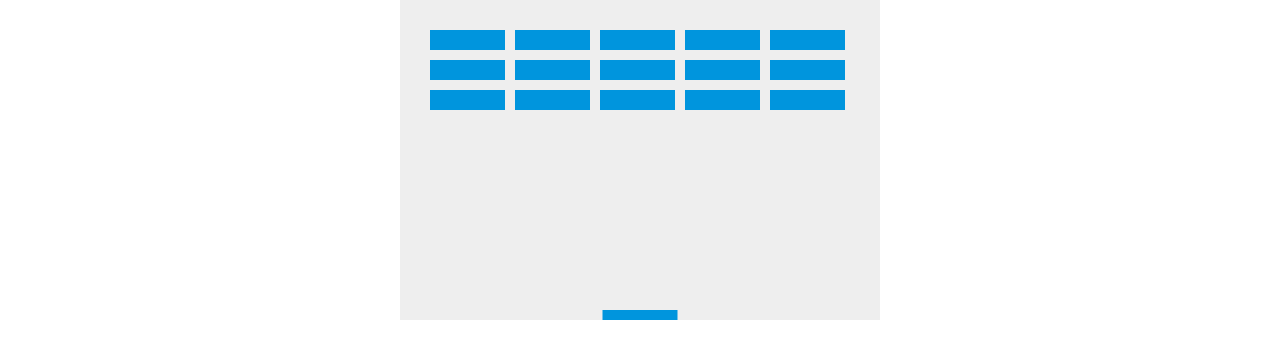
Repository: GoodHoneyCake/2D_breakout_game
Page: index.html
These files come from the project's save history. The page is drawn as it stood at one moment and after the next save; the edit follows.
The browser window is 1280 px wide. The pictures show the whole page.

Above is the page before, as saved 2020-12-28 18:57:08.

### index.html
<!DOCTYPE html>
<html lang="en">
<head>
    <meta charset="UTF-8">
    <meta name="viewport" content="width=device-width, initial-scale=1.0">
    <title>Gamedev Canvas Workshop</title>
    <link rel="stylesheet" href="styles.css">
    <script src="main.js" defer></script>
</head>
<body>
    <canvas id="myCanvas" width="480" height="320"></canvas>
</body>
</html>

### styles.css
* {
  padding: 0;
  margin: 0;
}
canvas {
  background: #eee;
  display: block;
  margin: 0 auto;
}

### main.js
const canvas = document.getElementById("myCanvas");
const ctx = canvas.getContext("2d");

let x = canvas.width / 2;
let y = canvas.height - 30;

let dx = 2;
let dy = -2;

let ballRadius = 10;

let paddleHeight = 10;
let paddleWidth = 75;
let paddleX = (canvas.width - paddleWidth) / 2;

let rightPressed = false;
let leftPressed = false;

let brickRowCount = 3;
let brickColumnCount = 5;
let brickWidth = 75;
let brickHeight = 20;
let brickPadding = 10;
let brickOffsetTop = 30;
let brickOffsetLeft = 30;

// bricks init
let bricks = [];
for (let c = 0; c < brickColumnCount; c++) {
  bricks[c] = [];
  for (let r = 0; r < brickRowCount; r++) {
    bricks[c][r] = { x: 0, y: 0, status: 1 };
  }
}

function drawBricks() {
  for (let c = 0; c < brickColumnCount; c++) {
    for (let r = 0; r < brickRowCount; r++) {
      if (bricks[c][r].status == 1) {
        let brickX = c * (brickWidth + brickPadding) + brickOffsetLeft;
        let brickY = r * (brickHeight + brickPadding) + brickOffsetTop;
        bricks[c][r].x = brickX;
        bricks[c][r].y = brickY;
        ctx.beginPath();
        ctx.rect(brickX, brickY, brickWidth, brickHeight);
        ctx.fillStyle = "#0095DD";
        ctx.fill();
        ctx.closePath();
      }
    }
  }
}

function randomColorStyle() {
  // H(Hue)S(Saturation)L(Lightness)
  // This will create a random color with same saturation and light intensity (luminance).
  // https://stackoverflow.com/questions/23861481/randomize-rgb-in-html5-canvas-with-a-new-value-for-each-fillrect-using-javascrip
  ctx.fillStyle = "hsl(" + 360 * Math.random() + ", 50%, 50%)";
}

document.addEventListener("keydown", keyDownHandler, false);
document.addEventListener("keyup", keyUpHandler, false);

function keyDownHandler(event) {
  if (event.keyCode == 39) {
    rightPressed = true;
  } else if (event.keyCode == 37) {
    leftPressed = true;
  }
}

function keyUpHandler(event) {
  if (event.keyCode == 39) {
    rightPressed = false;
  } else if (event.keyCode == 37) {
    leftPressed = false;
  }
}

function collisionDetection() {
  for (let c = 0; c < brickColumnCount; c++) {
    for (let r = 0; r < brickRowCount; r++) {
      let b = bricks[c][r];
      if (b.status == 1) {
        if (x > b.x && x < b.x + brickWidth && y > b.y && y < b.y + brickHeight)
          dy = -dy;
        b.status = 0;
      }
    }
  }
}

function drawBall() {
  ctx.beginPath();
  ctx.arc(x, y, ballRadius, 0, Math.PI * 2);
  ctx.fillstyle = "#0095DD";
  ctx.fill();
  ctx.closePath();
}

function drawPaddle() {
  ctx.beginPath();
  ctx.rect(paddleX, canvas.height - paddleHeight, paddleWidth, paddleHeight);
  ctx.fillstyle = "#0095DD";
  ctx.fill();
  ctx.closePath();
}

function draw() {
  ctx.clearRect(0, 0, canvas.width, canvas.height);
  drawBricks();
  drawBall();
  drawPaddle();
  x += dx;
  y += dy;

  // bottom edge || top edge
  if (y + dy < ballRadius) {
    dy = -dy;
    randomColorStyle();
  } else if (y + dy > canvas.height - ballRadius) {
    if (x > paddleX && x < paddleX + paddleWidth) {
      dy = -dy;
    } else {
      alert("GAME OVER");
      document.location.reload();
    }
  }
  // right edge || left edge
  if (x + dx > canvas.width - ballRadius || x + dx < ballRadius) {
    dx = -dx;

    randomColorStyle();
  }

  if (rightPressed && paddleX < canvas.width - paddleWidth) {
    paddleX += 7; // pixel
  } else if (leftPressed && paddleX > 0) {
    paddleX -= 7;
  }
}

setInterval(draw, 10);

After the next save:
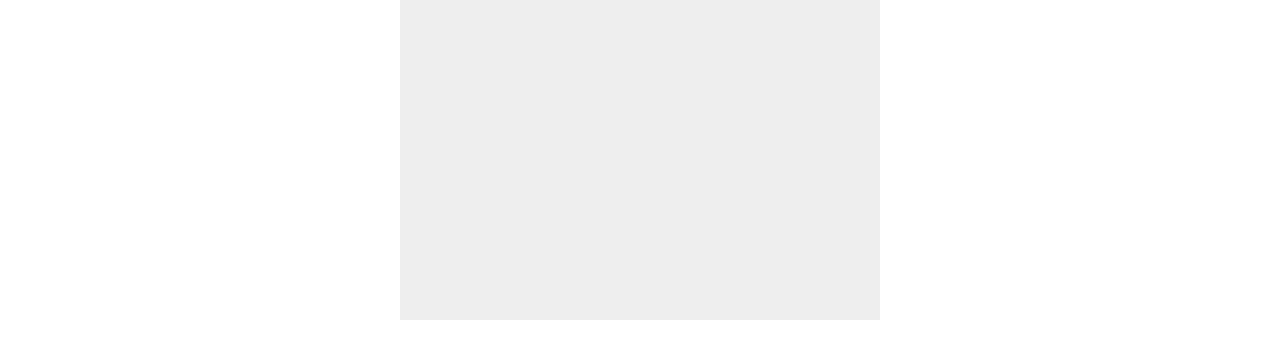
Console error: SyntaxError: Unexpected token '}'
Saved 5 s later.
--- a/main.js
+++ b/main.js
@@ -88,7 +88,7 @@
       }
     }
   }
-}
+}}
 
 function drawBall() {
   ctx.beginPath();

After the save that followed:
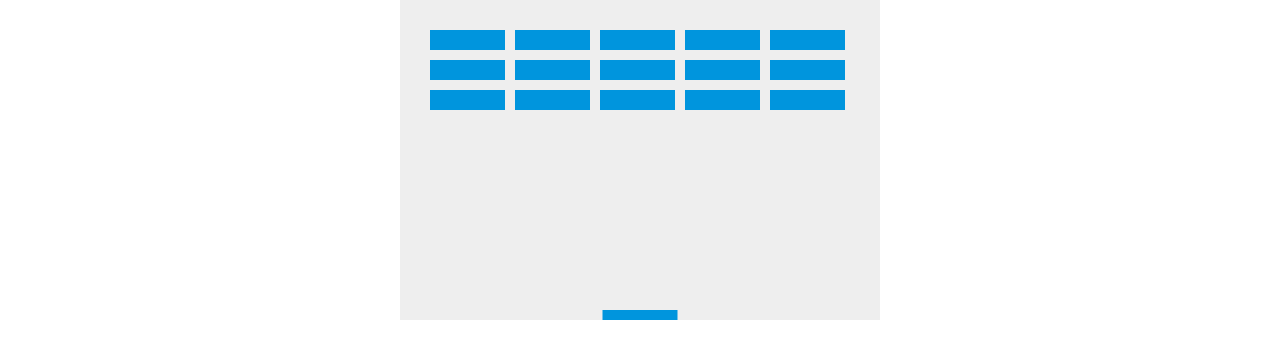
The error is gone.
Saved 9 s later.
--- a/main.js
+++ b/main.js
@@ -82,13 +82,19 @@
     for (let r = 0; r < brickRowCount; r++) {
       let b = bricks[c][r];
       if (b.status == 1) {
-        if (x > b.x && x < b.x + brickWidth && y > b.y && y < b.y + brickHeight)
+        if (
+          x > b.x &&
+          x < b.x + brickWidth &&
+          y > b.y &&
+          y < b.y + brickHeight
+        ) {
           dy = -dy;
-        b.status = 0;
+          b.status = 0;
+        }
       }
     }
   }
-}}
+}
 
 function drawBall() {
   ctx.beginPath();
